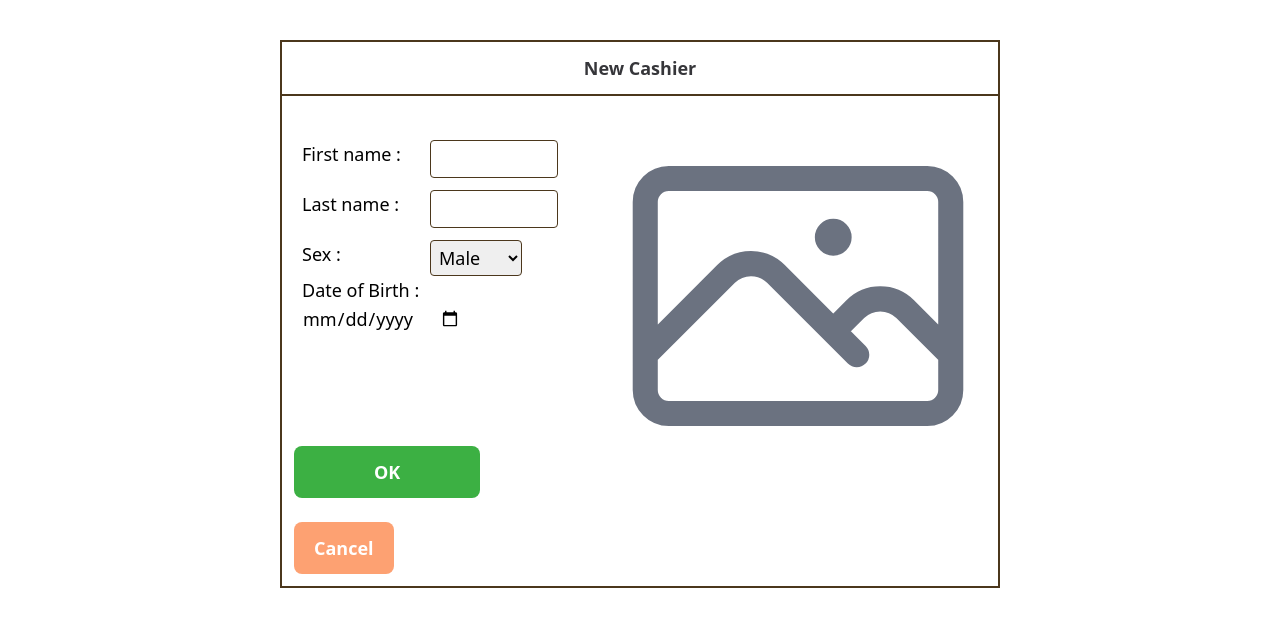
Repository: Dapravith/Midterm-SE-GIC-Cafe-Project-Group16
Page: src/main/resources/templates/addCashier.html
The author's editor kept a copy of each file at every save. The page is drawn from the files as they stood at one save, then again after the next save.
The browser window is 1280 px wide. The pictures show the whole page.
Some web libraries are served in a nearby version.

Above is the page before, as saved 2023-05-17 09:48:52.
Console error: TypeError: Cannot read properties of null (reading 'addEventListener')

After the next save:
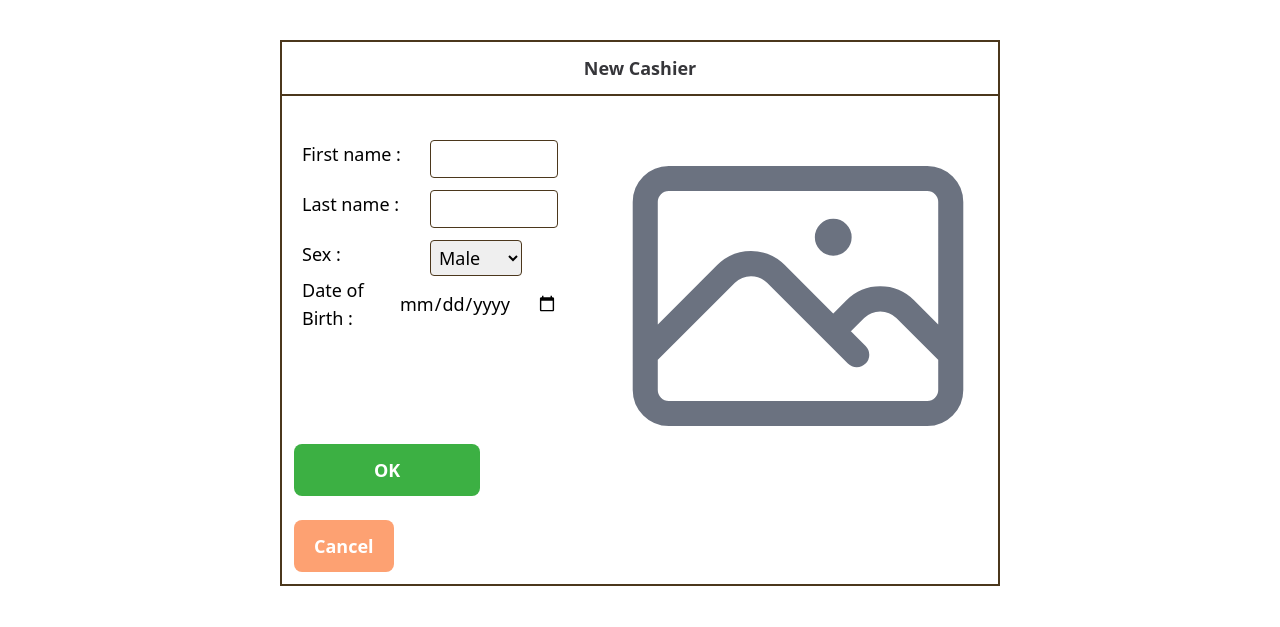
Saved 77 s later.
--- a/src/main/resources/templates/addCashier.html
+++ b/src/main/resources/templates/addCashier.html
@@ -22,6 +22,11 @@
             color: rgb(54, 54, 58);
             justify-content: center;
             font-weight: bold;
+        }
+
+        .Input {
+            display: flex;
+            justify-content: space-between;
         }
     </style>
 </head>
